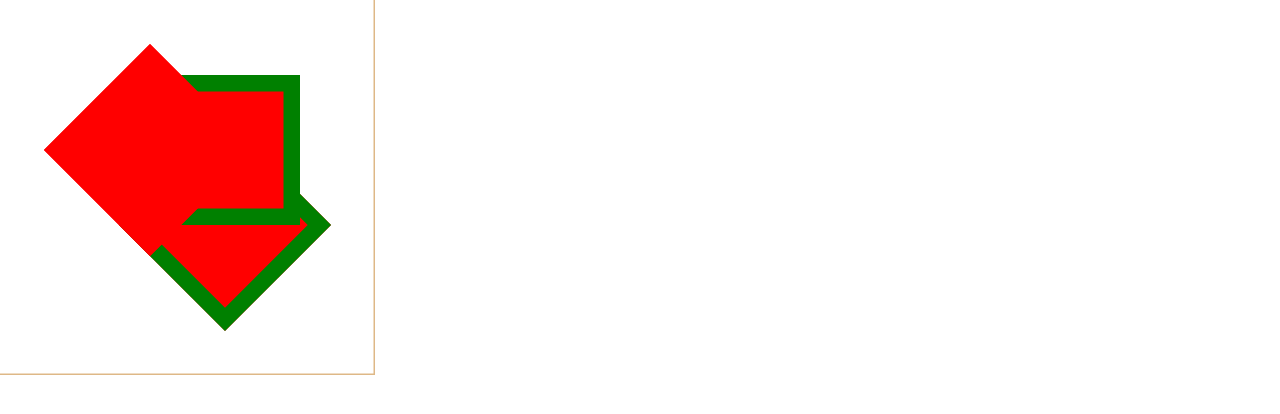
Repository: Lixianlai-2/Css-practice
Page: CSS动画/跳动的心/index.html
These files come from the project's save history. The page is drawn as it stood at one moment and after the next save; the edit follows.
The browser window is 1280 px wide. The pictures show the whole page.

Above is the page before, as saved 2021-12-09 11:28:39.

After the next save:
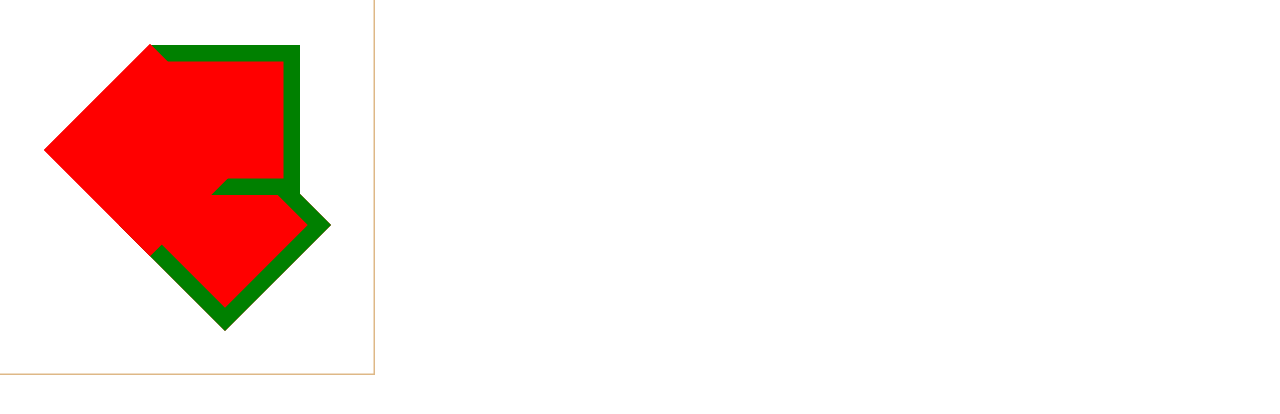
Saved 4 s later.
--- a/CSS动画/跳动的心/style.css
+++ b/CSS动画/跳动的心/style.css
@@ -30,7 +30,7 @@
   top: 50%;
   left: 50%;
   transform: rotate(45deg);
-  transform: translateY(-50px);
+  transform: translateY(-70px);
   /* transform: translate(-11%, -86%); */
   /* border-radius: 50%; */
   background-color: red;
